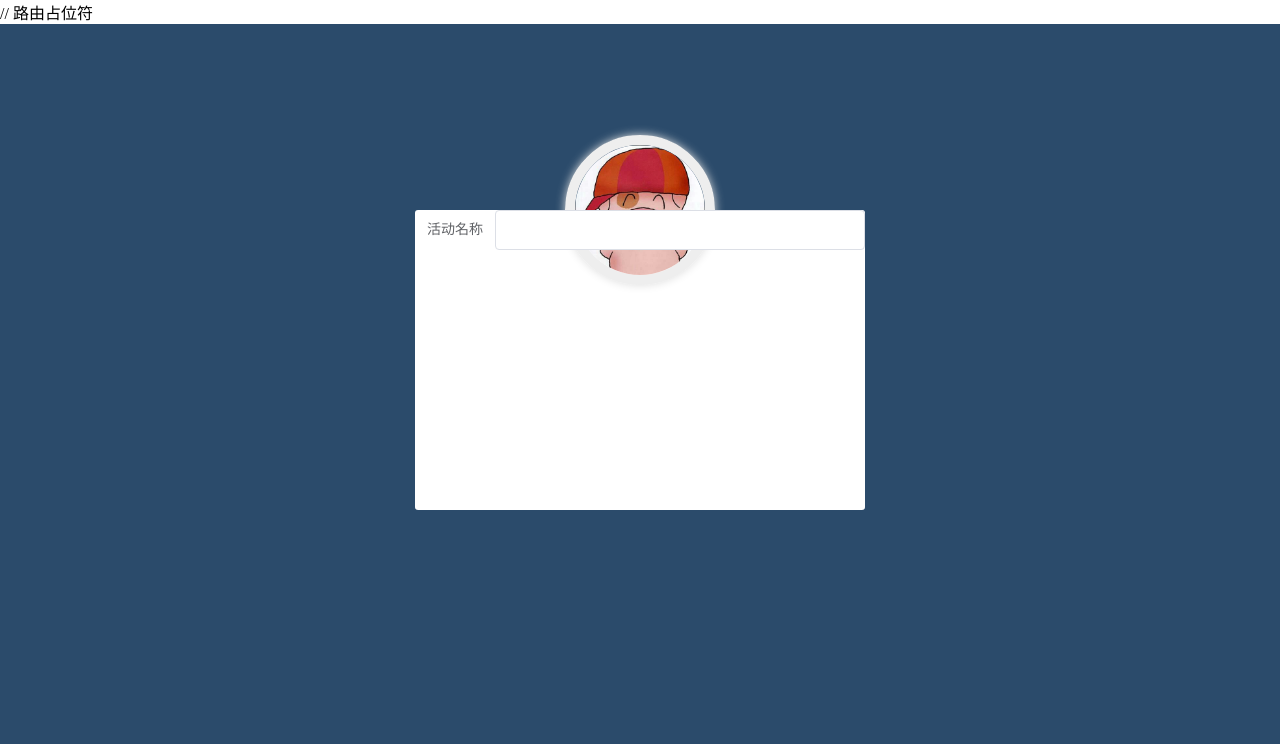
Repository: Japcy/onetwothree
Page: /
These files come from the project's save history. The page is drawn as it stood at one moment and after the next save; the edit follows.
The browser window is 1280 px wide. The pictures show the whole page.
The project was rebuilt for these pictures with package versions that can differ from the ones it lists, and the page was loaded fresh each time.

Above is the page before, as saved 2020-02-28 23:56:27.

After the next save:
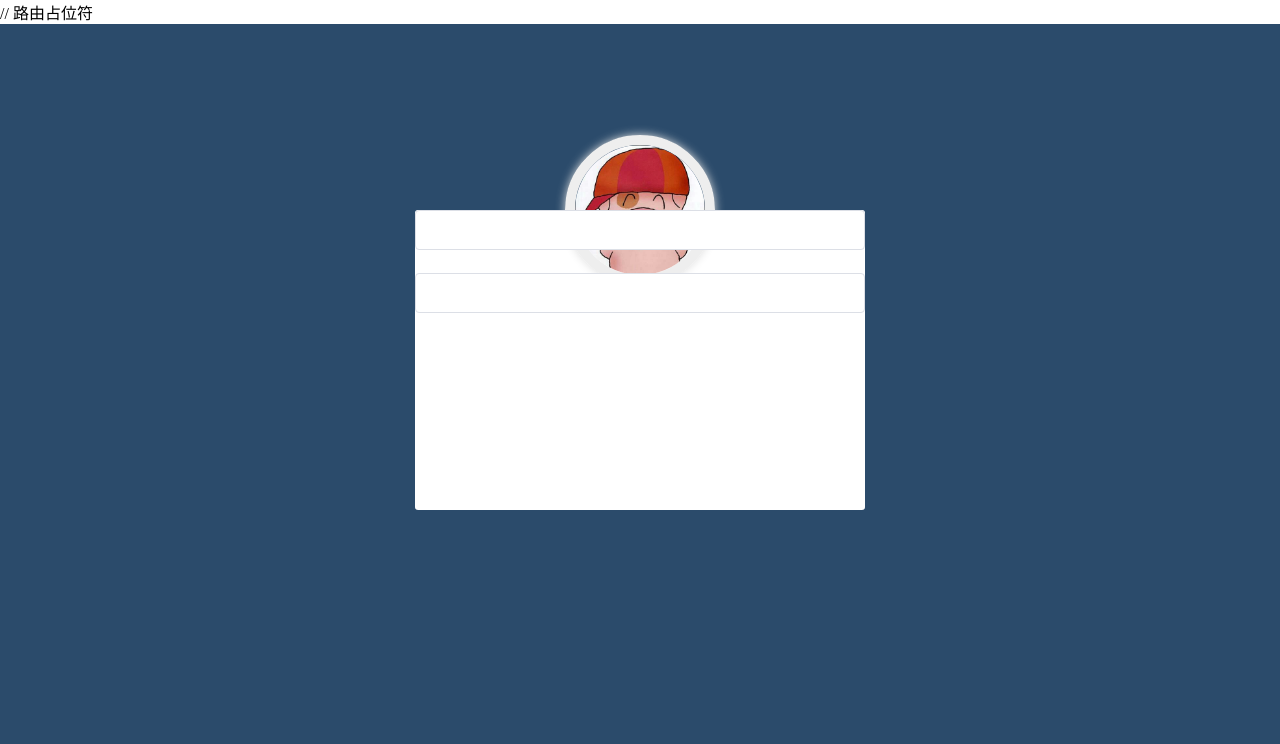
Saved 58 s later.
--- a/src/components/Login.vue
+++ b/src/components/Login.vue
@@ -6,8 +6,11 @@
       </div>
       <!-- 登录表单区 -->
       <div class="login-form">
-        <el-form label-width="80px">
-          <el-form-item label="活动名称">
+        <el-form label-width="0px">
+          <el-form-item>
+            <el-input></el-input>
+          </el-form-item>
+          <el-form-item>
             <el-input></el-input>
           </el-form-item>
         </el-form>
